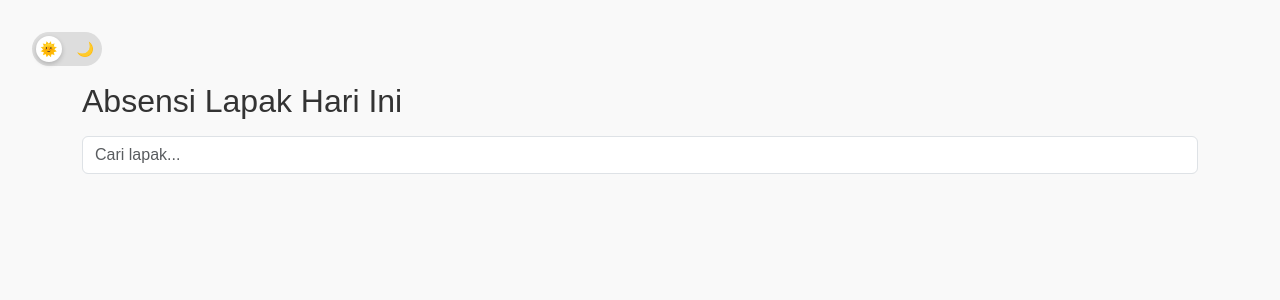
Repository: pasarrakyatbak/absensi
Page: index.html
An editor plug-in stored every save of this project. The page is shown before and after the next save, followed by the edit.
The browser window is 1280 px wide. The pictures show the whole page.
The page's requests for data from a server got no answer.

Above is the page before, as saved 2025-09-22 00:44:57.
Console error: TypeError: Cannot read properties of null (reading 'addEventListener')

### index.html
<!DOCTYPE html>
<html lang="id">

<head>
    <meta charset="UTF-8">
    <meta name="viewport" content="width=device-width, initial-scale=1.0">
    <title>Absensi Lapak</title>
    <link href="https://cdn.jsdelivr.net/npm/bootstrap@5.3.2/dist/css/bootstrap.min.css" rel="stylesheet">
    <link rel="stylesheet" href="style.css">
</head>

<body class="p-3">
    <div class="dark-toggle">
        <input type="checkbox" id="darkSwitch">
        <label for="darkSwitch" class="toggle-label">
            <span class="toggle-icon">🌞</span>
            <span class="toggle-ball"></span>
            <span class="toggle-icon">🌙</span>
        </label>
    </div>


    <div class="container">
        <h2 class="mb-3">Absensi Lapak Hari Ini</h2>
        <input type="text" id="searchInput" class="form-control mb-3" placeholder="Cari lapak...">
        <div class="row" id="lapakContainer"></div>
    </div>

    <!-- Modal Absensi -->
    <div id="absensiModal" class="modal-overlay">
        <div class="modal-content">
            <p id="absensiInfo"></p>
            <button class="btn btn-success" id="modalAbsenBtn">Absen Sekarang</button>
            <button class="btn btn-secondary" onclick="closeAbsensiModal()">Tutup</button>
        </div>
    </div>

    <!-- Loader -->
    <div id="absensiLoading" class="d-none">
        <div class="loader-content text-center">
            <div class="spinner-border text-light" role="status" style="width:3rem;height:3rem;"></div>
            <p id="absensiLoadingText" class="text-white mt-2">Sedang memproses...</p>
        </div>
    </div>

    <script src="script.js"></script>
</body>

</html>

### style.css
body {
    background: #f9f9f9;
    font-family: 'Poppins', sans-serif;
    color: #333;
    transition: background 0.3s ease, color 0.3s ease;
}

body.dark {
    background: #121212;
    color: #f1f1f1;
}

/* Card umum */
.lapak-card {
    cursor: pointer;
    transition: transform 0.2s ease, box-shadow 0.2s ease, background 0.3s ease, border 0.3s ease;
    border-radius: 12px;
}

/* Hover effect */
.lapak-card:hover {
    transform: translateY(-4px);
    box-shadow: 0 6px 18px rgba(0, 0, 0, 0.3);
}

.lapak-card.disabled {
    pointer-events: none;
    opacity: 0.6;
}

/* Modal */
#absensiModal {
    display: none;
    position: fixed;
    top: 0;
    left: 0;
    width: 100%;
    height: 100%;
    background: rgba(0, 0, 0, 0.6);
    justify-content: center;
    align-items: center;
    z-index: 1050;
}

#absensiModal .modal-content {
    background: #fff;
    padding: 1.5rem;
    border-radius: 12px;
    text-align: center;
    max-width: 400px;
    width: 90%;
    transition: background 0.3s ease, color 0.3s ease;
}

body.dark #absensiModal .modal-content {
    background: #1e1e1e;
    color: #f1f1f1;
}

/* Loader */
#absensiLoading {
    position: fixed;
    top: 0;
    left: 0;
    width: 100%;
    height: 100%;
    background: rgba(0, 0, 0, 0.7);
    justify-content: center;
    align-items: center;
    z-index: 2000;
}

/* Sudah hadir */
.lapak-card.hadir {
    background: #d4edda;
    border: 1px solid #c3e6cb;
    color: #155724;
}

body.dark .lapak-card.hadir {
    background: #d4edda;
    border: 1px solid #c3e6cb;
    color: #155724;
}

/* Belum hadir */
.lapak-card.belum {
    background: #ffffff;
    border: 1px solid #ddd;
}

body.dark .lapak-card.belum {
    background: #1e1e1e;
    border: 1px solid #444;
}

/* Toggle wrapper */
.dark-toggle {
    display: flex;
    justify-content: flex-start;
    align-items: center;
    margin: 1rem;
}

/* Hidden checkbox */
.dark-toggle input {
    display: none;
}

/* Label sebagai saklar */
.toggle-label {
    background: #ddd;
    border-radius: 50px;
    cursor: pointer;
    display: flex;
    align-items: center;
    justify-content: space-between;
    width: 70px;
    height: 34px;
    position: relative;
    transition: background 0.3s ease;
    padding: 0 8px;
    font-size: 14px;
}

/* Bulatan */
.toggle-ball {
    position: absolute;
    top: 4px;
    left: 4px;
    width: 26px;
    height: 26px;
    background: #fff;
    border-radius: 50%;
    transition: transform 0.3s ease;
    box-shadow: 0 2px 5px rgba(0, 0, 0, 0.2);
}

/* Ikon matahari 🌞 dan bulan 🌙 */
.toggle-icon {
    z-index: 2;
}

/* Aktif (dark mode) */
.dark-toggle input:checked+.toggle-label {
    background: #444;
}

.dark-toggle input:checked+.toggle-label .toggle-ball {
    transform: translateX(36px);
}

### script.js
const API_URL = "https://script.google.com/macros/s/AKfycby4z2qZ24SrJkcyGpybH29lSUC_3_z1LG-7wSmTzpaOEXrwjXf0Cl3hqkg95qAxPj1-/exec";
const darkSwitch = document.getElementById("darkSwitch");
let lapakData = [];
let currentLapakId = null;

// Cek hari
const isSunday = new Date().getDay() === 0; // 0 = Minggu

// Loader
function showAbsensiLoading(show, text = "Sedang menyimpan data...") {
    const loader = document.getElementById("absensiLoading");
    const loadingText = document.getElementById("absensiLoadingText");
    if (!loader || !loadingText) return;

    if (show) {
        loader.classList.remove("d-none");
        loader.classList.add("d-flex");
    } else {
        loader.classList.remove("d-flex");
        loader.classList.add("d-none");
    }
    loadingText.textContent = text;
}

// Load semua lapak
async function loadLapak() {
    showAbsensiLoading(true, "Sedang memuat data lapak...");

    try {
        const res = await fetch(API_URL + "?action=listLapak");
        const json = await res.json();

        console.log("DEBUG JSON:", json); // cek struktur data

        if (!json.success) {
            document.getElementById("lapakContainer").innerHTML =
                `<p class="text-center text-danger">Gagal load data: ${json.message}</p>`;
            showAbsensiLoading(false);
            return;
        }

        lapakData = json.data.map(lapak => ({
            noLapak: lapak.no || "-",
            nama: lapak.nama || "Tanpa Nama",
            statusAbsensi: lapak.statusAbsensi || ""
        }));


        renderLapak(lapakData);
        showAbsensiLoading(false);

    } catch (err) {
        document.getElementById("lapakContainer").innerHTML =
            `<p class="text-center text-danger">Error loadLapak: ${err}</p>`;
        showAbsensiLoading(false);
    }
}

// Render lapak
function renderLapak(data) {
    const container = document.getElementById("lapakContainer");
    container.innerHTML = "";

    if (data.length === 0) {
        container.innerHTML = `<p class="text-center">Tidak ada data lapak.</p>`;
        return;
    }

    data.forEach(lapak => {
        const statusHadir = (lapak.statusAbsensi || "").includes("✅");

        const card = document.createElement("div");
        card.className = "col-md-4 col-sm-6 mb-3";
        card.innerHTML = `
    <div class="card lapak-card shadow-sm ${statusHadir ? 'hadir' : 'belum'} ${statusHadir ? 'disabled' : ''}"
         data-no-lapak="${lapak.noLapak}" data-nama-lapak="${lapak.nama}">
        <div class="card-body text-center">
            <h5 class="card-title">Lapak ${lapak.noLapak}</h5>
            <p class="card-text">${lapak.nama}</p>
            <p class="status-text ${statusHadir ? 'text-success' : 'text-danger'}">
                ${statusHadir ? "✅ Hadir" : "❌ Belum"}
            </p>
        </div>
    </div>
`;


        const cardEl = card.querySelector(".lapak-card");

        if (!statusHadir && cardEl) {
            if (isSunday) {
                cardEl.addEventListener("click", () => openAbsensiModal(lapak.noLapak, lapak.nama));
                cardEl.addEventListener("dblclick", () => absenLapak(lapak.noLapak));
            } else {
                cardEl.style.cursor = "not-allowed";
            }
        }

        container.appendChild(card);
    });
}

// Modal
function openAbsensiModal(lapakId, lapakName) {
    const modal = document.getElementById("absensiModal");
    const info = document.getElementById("absensiInfo");
    currentLapakId = lapakId;
    if (info) info.textContent = `Absensi untuk Lapak ${lapakId} - ${lapakName}`;
    modal.style.display = "flex";
}
function closeAbsensiModal() {
    const modal = document.getElementById("absensiModal");
    if (modal) modal.style.display = "none";
}

// Absen dari modal
document.getElementById("modalAbsenBtn").addEventListener("click", () => {
    if (currentLapakId) absenLapak(currentLapakId);
    closeAbsensiModal();
});

// Absen ke server
async function absenLapak(noLapak) {
    if (!isSunday) {
        alert("❌ Absensi hanya bisa dilakukan hari Minggu.");
        return;
    }

    showAbsensiLoading(true, "Menyimpan absensi...");

    const card = document.querySelector(`.lapak-card[data-no-lapak="${noLapak}"]`);
    if (!card) {
        showAbsensiLoading(false);
        return;
    }
    const statusText = card.querySelector(".status-text");

    const oldText = statusText.textContent;
    const oldClass = statusText.className;

    // update UI sementara
    statusText.textContent = "✅ Hadir";
    statusText.classList.remove("text-danger");
    statusText.classList.add("text-success");
    card.classList.add("disabled");

    try {
        const res = await fetch(API_URL, {
            method: "POST",
            headers: { "Content-Type": "application/x-www-form-urlencoded" },
            body: new URLSearchParams({
                action: "absen",
                noLapak,
                password: "panitia123"
            })
        });
        const json = await res.json();

        if (!json.success) {
            // rollback kalau gagal
            statusText.textContent = oldText;
            statusText.className = oldClass;
            card.classList.remove("disabled");
            alert(json.message || "❌ Gagal menyimpan absensi.");
        } else {
            const lapakIndex = lapakData.findIndex(l => String(l.noLapak) === String(noLapak));
            if (lapakIndex > -1) {
                lapakData[lapakIndex].statusAbsensi = "✅ Hadir";
                renderLapak(lapakData);
            }
        }
    } catch (err) {
        statusText.textContent = oldText;
        statusText.className = oldClass;
        card.classList.remove("disabled");
        alert("❌ Gagal menyimpan absensi.");
    }

    showAbsensiLoading(false);
}

// Search filter
document.getElementById("searchInput").addEventListener("input", (e) => {
    const keyword = e.target.value.toLowerCase();
    const filtered = lapakData.filter(l =>
        l.noLapak.toString().toLowerCase().includes(keyword) ||
        l.nama.toLowerCase().includes(keyword)
    );
    renderLapak(filtered);
});
document.getElementById("toggleDarkMode").addEventListener("click", () => {
    document.body.classList.toggle("dark");
    localStorage.setItem("darkMode", document.body.classList.contains("dark"));
});

// biar ingat preferensi user
if (localStorage.getItem("darkMode") === "true") {
    document.body.classList.add("dark");
}

// cek localStorage (biar dark mode tersimpan)
if (localStorage.getItem("darkMode") === "true") {
    document.body.classList.add("dark");
    darkSwitch.checked = true;
}

darkSwitch.addEventListener("change", () => {
    if (darkSwitch.checked) {
        document.body.classList.add("dark");
        localStorage.setItem("darkMode", "true");
    } else {
        document.body.classList.remove("dark");
        localStorage.setItem("darkMode", "false");
    }
});

// Load pertama kali
loadLapak();

After the next save:
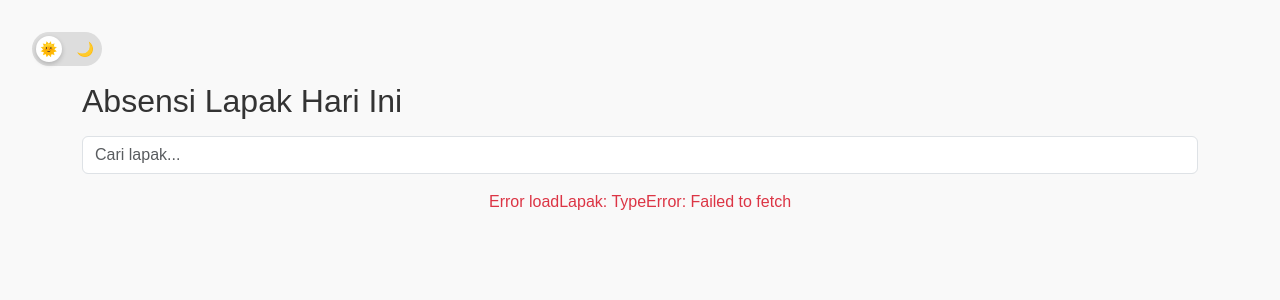
The error is gone.
Saved 91 s later.
--- a/script.js
+++ b/script.js
@@ -3,10 +3,10 @@ const darkSwitch = document.getElementById("darkSwitch");
 let lapakData = [];
 let currentLapakId = null;
 
-// Cek hari
+// =================== Cek Hari ===================
 const isSunday = new Date().getDay() === 0; // 0 = Minggu
 
-// Loader
+// =================== Loader ===================
 function showAbsensiLoading(show, text = "Sedang menyimpan data...") {
     const loader = document.getElementById("absensiLoading");
     const loadingText = document.getElementById("absensiLoadingText");
@@ -22,7 +22,7 @@ function showAbsensiLoading(show, text = "Sedang menyimpan data...") {
     loadingText.textContent = text;
 }
 
-// Load semua lapak
+// =================== Load semua lapak ===================
 async function loadLapak() {
     showAbsensiLoading(true, "Sedang memuat data lapak...");
 
@@ -30,7 +30,7 @@ async function loadLapak() {
         const res = await fetch(API_URL + "?action=listLapak");
         const json = await res.json();
 
-        console.log("DEBUG JSON:", json); // cek struktur data
+        console.log("DEBUG JSON:", json);
 
         if (!json.success) {
             document.getElementById("lapakContainer").innerHTML =
@@ -45,7 +45,6 @@ async function loadLapak() {
             statusAbsensi: lapak.statusAbsensi || ""
         }));
 
-
         renderLapak(lapakData);
         showAbsensiLoading(false);
 
@@ -56,7 +55,7 @@ async function loadLapak() {
     }
 }
 
-// Render lapak
+// =================== Render lapak ===================
 function renderLapak(data) {
     const container = document.getElementById("lapakContainer");
     container.innerHTML = "";
@@ -72,18 +71,17 @@ function renderLapak(data) {
         const card = document.createElement("div");
         card.className = "col-md-4 col-sm-6 mb-3";
         card.innerHTML = `
-    <div class="card lapak-card shadow-sm ${statusHadir ? 'hadir' : 'belum'} ${statusHadir ? 'disabled' : ''}"
-         data-no-lapak="${lapak.noLapak}" data-nama-lapak="${lapak.nama}">
-        <div class="card-body text-center">
-            <h5 class="card-title">Lapak ${lapak.noLapak}</h5>
-            <p class="card-text">${lapak.nama}</p>
-            <p class="status-text ${statusHadir ? 'text-success' : 'text-danger'}">
-                ${statusHadir ? "✅ Hadir" : "❌ Belum"}
-            </p>
-        </div>
-    </div>
-`;
-
+            <div class="card lapak-card shadow-sm ${statusHadir ? 'hadir' : 'belum'} ${statusHadir ? 'disabled' : ''}"
+                 data-no-lapak="${lapak.noLapak}" data-nama-lapak="${lapak.nama}">
+                <div class="card-body text-center">
+                    <h5 class="card-title">Lapak ${lapak.noLapak}</h5>
+                    <p class="card-text">${lapak.nama}</p>
+                    <p class="status-text ${statusHadir ? 'text-success' : 'text-danger'}">
+                        ${statusHadir ? "✅ Hadir" : "❌ Belum"}
+                    </p>
+                </div>
+            </div>
+        `;
 
         const cardEl = card.querySelector(".lapak-card");
 
@@ -100,7 +98,7 @@ function renderLapak(data) {
     });
 }
 
-// Modal
+// =================== Modal ===================
 function openAbsensiModal(lapakId, lapakName) {
     const modal = document.getElementById("absensiModal");
     const info = document.getElementById("absensiInfo");
@@ -113,13 +111,13 @@ function closeAbsensiModal() {
     if (modal) modal.style.display = "none";
 }
 
-// Absen dari modal
+// =================== Absen dari modal ===================
 document.getElementById("modalAbsenBtn").addEventListener("click", () => {
     if (currentLapakId) absenLapak(currentLapakId);
     closeAbsensiModal();
 });
 
-// Absen ke server
+// =================== Absen ke server ===================
 async function absenLapak(noLapak) {
     if (!isSunday) {
         alert("❌ Absensi hanya bisa dilakukan hari Minggu.");
@@ -179,7 +177,7 @@ async function absenLapak(noLapak) {
     showAbsensiLoading(false);
 }
 
-// Search filter
+// =================== Search filter ===================
 document.getElementById("searchInput").addEventListener("input", (e) => {
     const keyword = e.target.value.toLowerCase();
     const filtered = lapakData.filter(l =>
@@ -188,17 +186,8 @@ document.getElementById("searchInput").addEventListener("input", (e) => {
     );
     renderLapak(filtered);
 });
-document.getElementById("toggleDarkMode").addEventListener("click", () => {
-    document.body.classList.toggle("dark");
-    localStorage.setItem("darkMode", document.body.classList.contains("dark"));
-});
-
-// biar ingat preferensi user
-if (localStorage.getItem("darkMode") === "true") {
-    document.body.classList.add("dark");
-}
-
-// cek localStorage (biar dark mode tersimpan)
+
+// =================== Dark mode switch ===================
 if (localStorage.getItem("darkMode") === "true") {
     document.body.classList.add("dark");
     darkSwitch.checked = true;
@@ -214,5 +203,5 @@ darkSwitch.addEventListener("change", () => {
     }
 });
 
-// Load pertama kali
+// =================== Load pertama kali ===================
 loadLapak();
